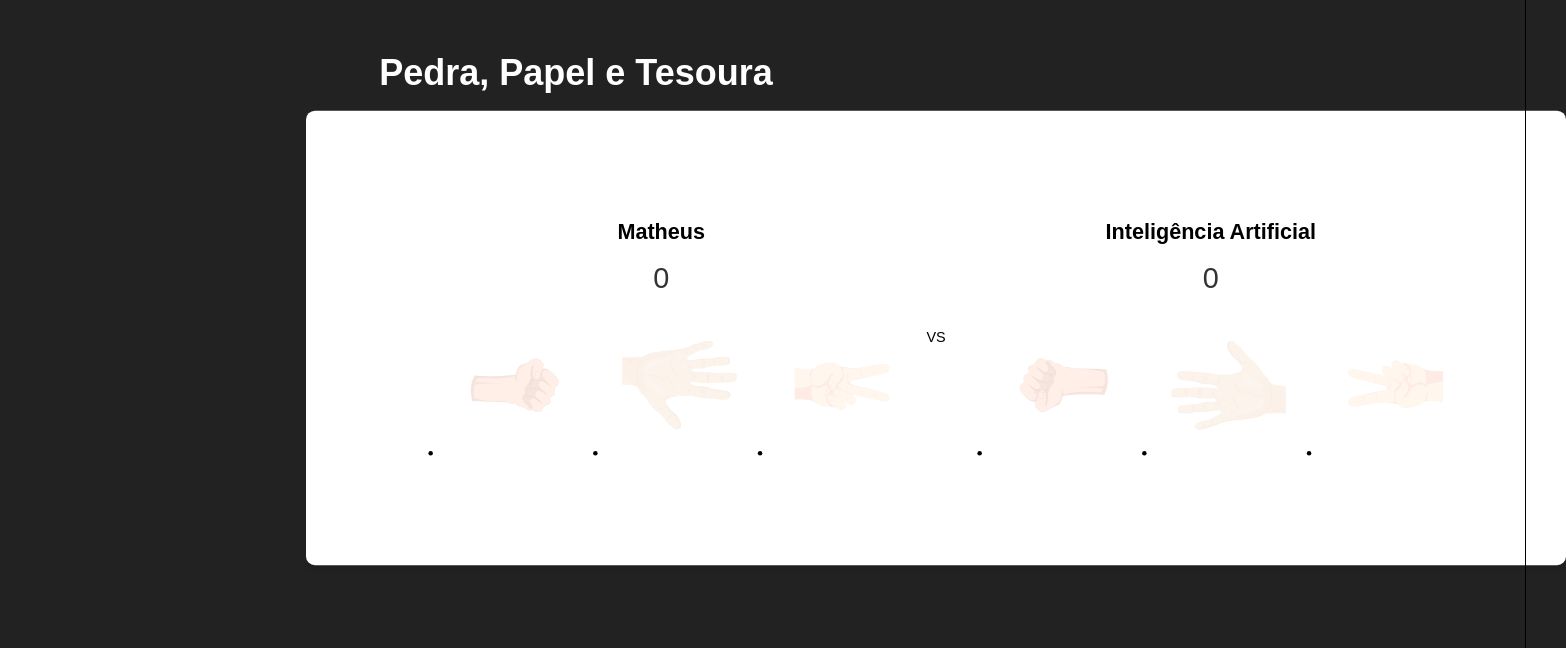
Repository: Matheus904-12/Pedra-Papel
Page: index.html
An editor plug-in stored every save of this project. The page is shown before and after the next save, followed by the edit.
The browser window is 1280 px wide. The page is 1740 px wide, so the pictures cover 1740 px, including what lies to the right of the window. The pictures show the whole page, at 90% of full size.

Above is the page before, as saved 2023-08-28 22:06:16.

### index.html
<!DOCTYPE html>
<html lang="en">
<head>
    <meta charset="UTF-8">
    <meta name="viewport" content="width=device-width, initial-scale=1.0">
    <title>Pedra, Papel e Tesoura</title>
    <link rel="stylesheet" href="style.css">
    <script src="script.js"></script>
</head>
<body>
    <center>
    <div class="box">
        <div class="container">
            <h1 id="titulo">Pedra, Papel e Tesoura</h1>
            <div class="placar" id="placar">
                <div class="jogador">
                    <h2 id="jogadorNome">Matheus</h2>
                    <p id="jogadorPontos">0</p>
                    <ul class="escolhas" id="jogadorEscolha">
                        <li>
                            <a id="jogadorEscolha1" class="escolha" onclick="jogar(1)">
                                <img src="img/1-removebg-preview.png" alt="">
                            </a>
                        </li>
                        <li>
                            <a id="jogadorEscolha2" class="escolha" onclick="jogar(2)">
                                <img src="img/2-removebg-preview.png" alt="">
                            </a>
                        </li>
                        <li>
                            <a id="jogadorEscolha3" class="escolha" onclick="jogar(3)">
                                <img src="img/3-removebg-preview.png" alt="">
                            </a>
                        </li>
                    </ul>
                </div>
                <div id="versus">VS</div>
                <div class="computador">
                    <h2 id="computadorNome">Inteligência Artificial</h2>
                    <p id="computadorPontos">0</p>
                    <ul class="escolhas" id="computadorEscolha">
                        <li>
                            <a id="computadorEscolha1" class="escolha">
                                <img src="img2/1.png" alt="">
                            </a>
                        </li>
                        <li>
                            <a id="computadorEscolha2" class="escolha">
                                <img src="img2/2.png" alt="">
                            </a>
                        </li>
                        <li>
                            <a id="computadorEscolha3" class="escolha">
                                <img src="img2/3.png" alt="">
                            </a>
                        </li>
                    </ul>
                </div>
            </div>
            <div class="mensagem"><p id="mensagem"class="result-message">&nbsp;</p>
    </div>
</center>
</body>
</html>

### style.css
ul#jogadorEscolha li a,
ul#computadorEscolha li a{
    opacity: 0.2;
    transition: ease-in-out 0.3s;
}
ul#jogadorEscolha li a:hover,
ul#jogadorEscolha li a.selecionado,
ul#computadorEscolha li a.selecionado {
    opacity: 1;
}

/* Estilos gerais */
body {
    font-family: 'Arial', sans-serif;
    background-color: #222;
    margin: 0;
    padding: 0;
    transition: background-color 0.5s ease;
    align-items: center;
}

/* Estilo do container principal */
.box {
    display: flex;
    align-items: center;
    justify-content: center;
    min-height: 100vh;
    max-width: 100%;
    margin: 0 auto;
    transition: background-color 0.5s ease;
}

.container {
    width: 100%;
    max-width: 600px;
    text-align: center;
}

/* Estilo do título */
#titulo {
    font-size: 2.5rem;
    color: #fff;
    margin-bottom: 20px;
}

/* Estilo do placar */
.placar {
    display: flex;
    align-items: center;
    justify-content: space-between;
    padding: 100px;
    background-color: #fff;
    border-radius: 10px;
    box-shadow: 0 4px 6px rgba(0, 0, 0, 0.1);
    width: 100vw;
    margin: 0;
    max-width: 1200px;
}

.jogador,
.computador {
    width: 50%;
}

.jogador p,
.computador p {
    font-size: 2rem;
    color: #333;
    margin: 0;
}

.escolhas {
    display: flex;
    justify-content: space-around;
    margin-top: 20px;
}

.escolhas img {
    max-width: 160px;
    cursor: pointer;
    transition: transform 0.3s ease;
}

.escolhas img:hover {
    transform: scale(1.1);
}

/* Estilo do resultado/mensagem */
.result-message {
    font-size: 1.2rem;
    margin-top: 20px;
    color: #fff;
}

.result-message.vitoria {
    color: #4CAF50;
}

.result-message.derrota {
    color: #FF5733;
}

.result-message.empate {
    color: #FFC300;
}

/* Estilo do botão reiniciar */
.reiniciar-jogo {
    background-color: #3498db;
    border: none;
    color: white;
    padding: 10px 20px;
    text-align: center;
    text-decoration: none;
    display: inline-block;
    font-size: 16px;
    border-radius: 5px;
    cursor: pointer;
    transition: background-color 0.3s ease;
}

.reiniciar-jogo:hover {
    background-color: #2980b9;
}

/* Estilo do histórico */
.historico {
    text-align: center;
    margin-top: 20px;
}

.historico-toggle {
    background-color: #333;
    border: none;
    color: white;
    padding: 5px 10px;
    font-size: 14px;
    border-radius: 5px;
    cursor: pointer;
    transition: background-color 0.3s ease;
}

.historico-toggle:hover {
    background-color: #222;
}

.historico-list {
    list-style: none;
    padding: 0;
    display: none;
    text-align: left;
}

.historico-list li {
    font-size: 14px;
    margin-bottom: 5px;
    color: #fff;
}

### script.js
let jogadorEscolha = 0;
let jogadorPontos = 0;
let computadorEscolha = 0;
let computadorPontos = 0;
let ganhador = -1;
let historico = [];

function jogar(escolha){
    jogadorEscolha = escolha;
    computadorEscolha = Math.floor(Math.random() * 3) + 1;


/*PEDRA = 1
  PAPEL = 2
  TESOURA = 3
*/

if (jogadorEscolha == 1 && computadorEscolha == 1) {
    ganhador = 0;
    //*PEDRA = PEDRA*//
} else if (jogadorEscolha == 1 && computadorEscolha == 2) {
    ganhador = 2;
    //PEDRA E PAPEL = PAPEL//
} else if (jogadorEscolha == 1 && computadorEscolha == 3) {
    ganhador = 1;
    //PEDRA E TESOURA = PEDRA//
} else if (jogadorEscolha == 2 && computadorEscolha == 1) {
    ganhador = 1;
    //PAPEL E PEDRA = PEDRA
} else if (jogadorEscolha == 2 && computadorEscolha == 2) {
    ganhador =  0;
    //PAPEL E PAPEL = NADA
} else if (jogadorEscolha == 2 && computadorEscolha == 3) {
    ganhador = 2;
    //PAPEL E TESOURA = TESOURA
} else if (jogadorEscolha == 3 && computadorEscolha == 1) {
    ganhador = 2;
    //TESOURA E PEDRA = PEDRA
} else if (jogadorEscolha == 3 && computadorEscolha == 2) {
    ganhador = 1;
    //TESOURA E PAPEL = TESOURA
} else if (jogadorEscolha == 3 && computadorEscolha == 3) {
    ganhador = 0;
    //TESOURA E TESOURA = EMPATE
}


document.getElementById('jogadorEscolha1').classList.remove('selecionado');
document.getElementById('jogadorEscolha2').classList.remove('selecionado');
document.getElementById('jogadorEscolha3').classList.remove('selecionado');
document.getElementById('computadorEscolha1').classList.remove('selecionado');
document.getElementById('computadorEscolha2').classList.remove('selecionado');
document.getElementById('computadorEscolha3').classList.remove('selecionado');



document.getElementById('jogadorEscolha'+jogadorEscolha).classList.add('selecionado');
document.getElementById('computadorEscolha'+computadorEscolha).classList.add('selecionado');


/*
EMPATE = 0;
JOGADOR = 1;
COMPUTADOR = 2;
*/


// Atualizar placar
if (ganhador === 1) {
    jogadorPontos++;
} else if (ganhador === 2) {
    computadorPontos++;
}

document.getElementById('jogadorPontos').textContent = jogadorPontos;
document.getElementById('computadorPontos').textContent = computadorPontos;


// Mensagem do resultado
let mensagem = '';
if (ganhador === 1) {
    mensagem = 'Você venceu!';
} else if (ganhador === 2) {
    mensagem = 'Você perdeu!';
} else {
    mensagem = 'Empate!';
}

// Adicionar ao histórico
historico.push({
    jogador: jogadorEscolha,
    computador: computadorEscolha,
    resultado: ganhador
});

// Atualizar elementos na página
document.getElementById('jogadorPontos').textContent = jogadorPontos;
document.getElementById('computadorPontos').textContent = computadorPontos;
document.querySelector('.result-message').textContent = mensagem;
document.querySelector('.result-message').className = `result-message ${ganhadorClass}`;

// Exibir histórico
mostrarHistorico();

// Adicionar classe de estilo à mensagem
let mensagemElement = document.getElementById('mensagem');
mensagemElement.classList.remove('vitoria', 'derrota', 'empate');
if (ganhador === 1) {
    mensagemElement.classList.add('vitoria');
} else if (ganhador === 2) {
    mensagemElement.classList.add('derrota');
} else {
    mensagemElement.classList.add('empate');
}
}

function mostrarHistorico() {
let historicoList = document.getElementById('historico-list');
historicoList.innerHTML = '';

for (let i = 0; i < historico.length; i++) {
    let item = historico[i];
    let resultado = '';
    if (item.resultado === 1) {
        resultado = 'Vitória';
    } else if (item.resultado === 2) {
        resultado = 'Derrota';
    } else {
        resultado = 'Empate';
    }

    let listItem = document.createElement('li');
    listItem.textContent = `Jogador: ${item.jogador} | Computador: ${item.computador} | Resultado: ${resultado}`;
    historicoList.appendChild(listItem);
}


document.getElementById('historico-toggle').addEventListener('click', function() {
    const historicoList = document.querySelector('.historico-list');
    historicoList.style.display = historicoList.style.display === 'none' ? 'block' : 'none';
    this.textContent = historicoList.style.display === 'none' ? 'Ver Histórico' : 'Esconder Histórico';
});

// Mensagem do resultado
let mensagem = '';
if (ganhador === 1) {
    mensagem = 'Você venceu!';
} else if (ganhador === 2) {
    mensagem = 'Você perdeu!';
} else {
    mensagem = 'Empate!';
}

// Adicionar ao histórico
historico.push({
    jogador: jogadorEscolha,
    computador: computadorEscolha,
    resultado: ganhador
});


// Atualizar elementos na página
document.getElementById('jogadorPontos').textContent = jogadorPontos;
document.getElementById('computadorPontos').textContent = computadorPontos;
document.querySelector('.result-message').textContent = mensagem;
document.querySelector('.result-message').className = `result-message ${ganhadorClass}`;


 // Adicionar classe de estilo à mensagem
let mensagemElement = document.querySelector('.mensagem');
mensagemElement.classList.remove('vitoria', 'derrota', 'empate');
if (ganhador === 1) {
    mensagemElement.classList.add('vitoria');
} else if (ganhador === 2) {
    mensagemElement.classList.add('derrota');
} else {
    mensagemElement.classList.add('empate');
}

// Atualizar estilo da página com base no resultado
document.querySelector('.box').className = `box ${ganhadorClass}`;




// Atualizar cor de fundo com base no resultado
if (ganhador === 1) {
    document.body.style.backgroundColor = '#4CAF50'; // Verde
} else if (ganhador === 2) {
    document.body.style.backgroundColor = '#FF5733'; // Vermelho
} else {
    document.body.style.backgroundColor = '#FFC300'; // Amarelo
}


// Selecionar escolha do jogador
document.getElementById(`jogadorEscolha${jogadorEscolha}`).classList.add('selecionado');


// Atualizar escolhas do jogador
document.getElementById(`jogadorEscolha${jogadorEscolha}`).classList.add('selecionado');
document.getElementById(`computadorEscolha${computadorEscolha}`).classList.add('selecionado');

// Atualizar estilo da página com base no resultado
document.querySelector('.box').className = `box ${ganhadorClass}`;

// Função para reiniciar o jogo
function reiniciarJogo() {
    jogadorPontos = 0;
    computadorPontos = 0;
    historico = [];
    limparEscolhas();
    atualizarPlacar();
    limparMensagem();
    mostrarHistorico();
    resetarEstiloPagina();
}

// Limpar escolhas selecionadas
function limparEscolhas() {
    document.querySelectorAll('.escolha').forEach(element => {
        element.classList.remove('selecionado');
    });
}

// Atualizar placar
function atualizarPlacar() {
    document.getElementById('jogadorPontos').textContent = jogadorPontos;
    document.getElementById('computadorPontos').textContent = computadorPontos;
}

// Limpar mensagem do resultado
function limparMensagem() {
    document.querySelector('.result-message').textContent = '';
    document.querySelector('.mensagem').className = 'mensagem';
}

// Resetar estilo da página
function resetarEstiloPagina() {
    document.querySelector('.box').className = 'box';
}

// Botão de reiniciar o jogo
document.getElementById('reiniciar-jogo').addEventListener('click', function() {
    reiniciarJogo();
});


// Função para reiniciar o jogo
function reiniciarJogo() {
    jogadorPontos = 0;
    computadorPontos = 0;
    historico = [];
    limparEscolhas();
    atualizarPlacar();
    limparMensagem();
    mostrarHistorico();
    resetarEstiloPagina();
}

// Limpar escolhas selecionadas
function limparEscolhas() {
    document.querySelectorAll('.escolha').forEach(element => {
        element.classList.remove('selecionado');
    });
}

// Atualizar placar
function atualizarPlacar() {
    document.getElementById('jogadorPontos').textContent = jogadorPontos;
    document.getElementById('computadorPontos').textContent = computadorPontos;
}

// Limpar mensagem do resultado
function limparMensagem() {
    document.querySelector('.result-message').textContent = '';
    document.querySelector('.mensagem').className = 'mensagem';
}

// Resetar estilo da página
function resetarEstiloPagina() {
    document.querySelector('.box').className = 'box';
}

// Botão de reiniciar o jogo
document.getElementById('reiniciar-jogo').addEventListener('click', function() {
    reiniciarJogo();
});


}

After the next save:
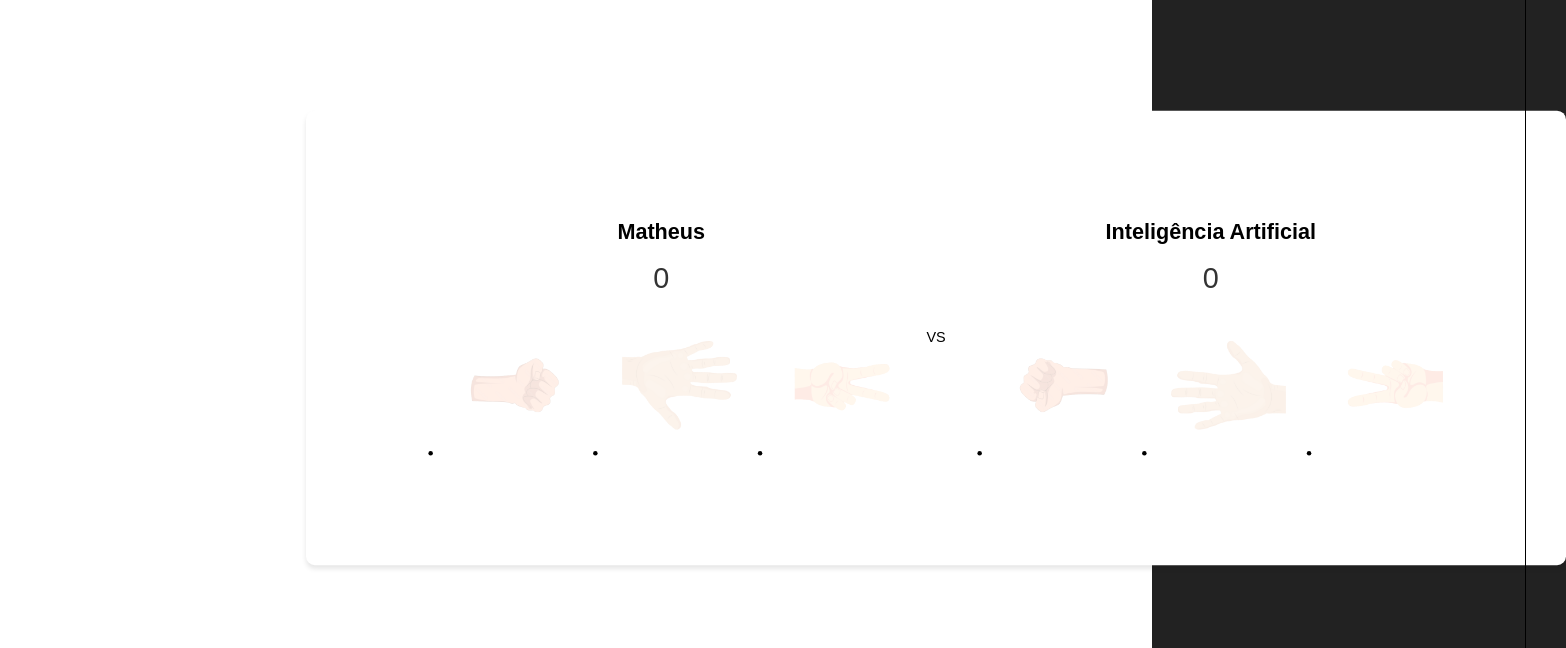
Saved 92 s later.
--- a/style.css
+++ b/style.css
@@ -1,8 +1,10 @@
+/* Estilos para as escolhas do jogador e do computador */
 ul#jogadorEscolha li a,
-ul#computadorEscolha li a{
+ul#computadorEscolha li a {
     opacity: 0.2;
     transition: ease-in-out 0.3s;
 }
+
 ul#jogadorEscolha li a:hover,
 ul#jogadorEscolha li a.selecionado,
 ul#computadorEscolha li a.selecionado {
@@ -28,6 +30,8 @@
     max-width: 100%;
     margin: 0 auto;
     transition: background-color 0.5s ease;
+    background-color: #fff;
+    box-shadow: 0 0 10px rgba(0, 0, 0, 0.1);
 }
 
 .container {

After the save that followed:
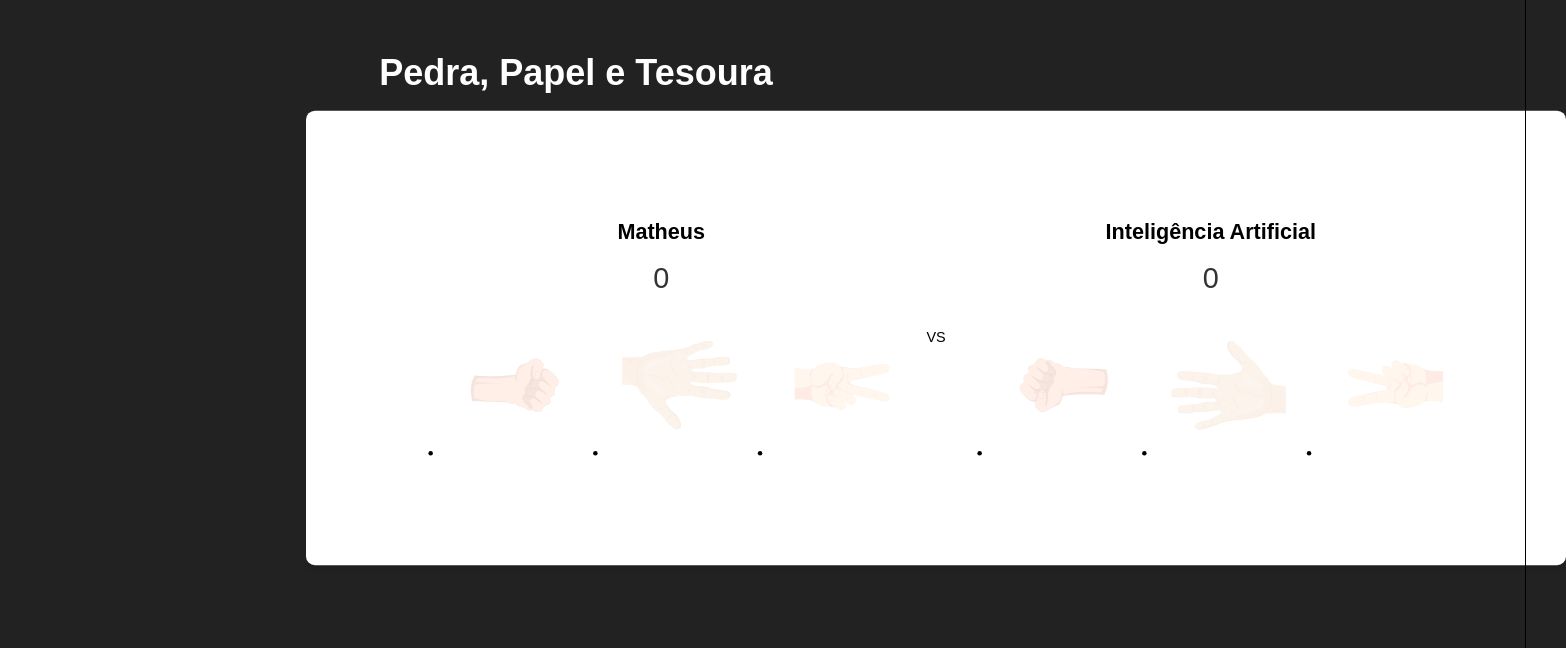
Saved 45 s later.
--- a/style.css
+++ b/style.css
@@ -1,10 +1,8 @@
-/* Estilos para as escolhas do jogador e do computador */
 ul#jogadorEscolha li a,
-ul#computadorEscolha li a {
+ul#computadorEscolha li a{
     opacity: 0.2;
     transition: ease-in-out 0.3s;
 }
-
 ul#jogadorEscolha li a:hover,
 ul#jogadorEscolha li a.selecionado,
 ul#computadorEscolha li a.selecionado {
@@ -30,8 +28,6 @@
     max-width: 100%;
     margin: 0 auto;
     transition: background-color 0.5s ease;
-    background-color: #fff;
-    box-shadow: 0 0 10px rgba(0, 0, 0, 0.1);
 }
 
 .container {
